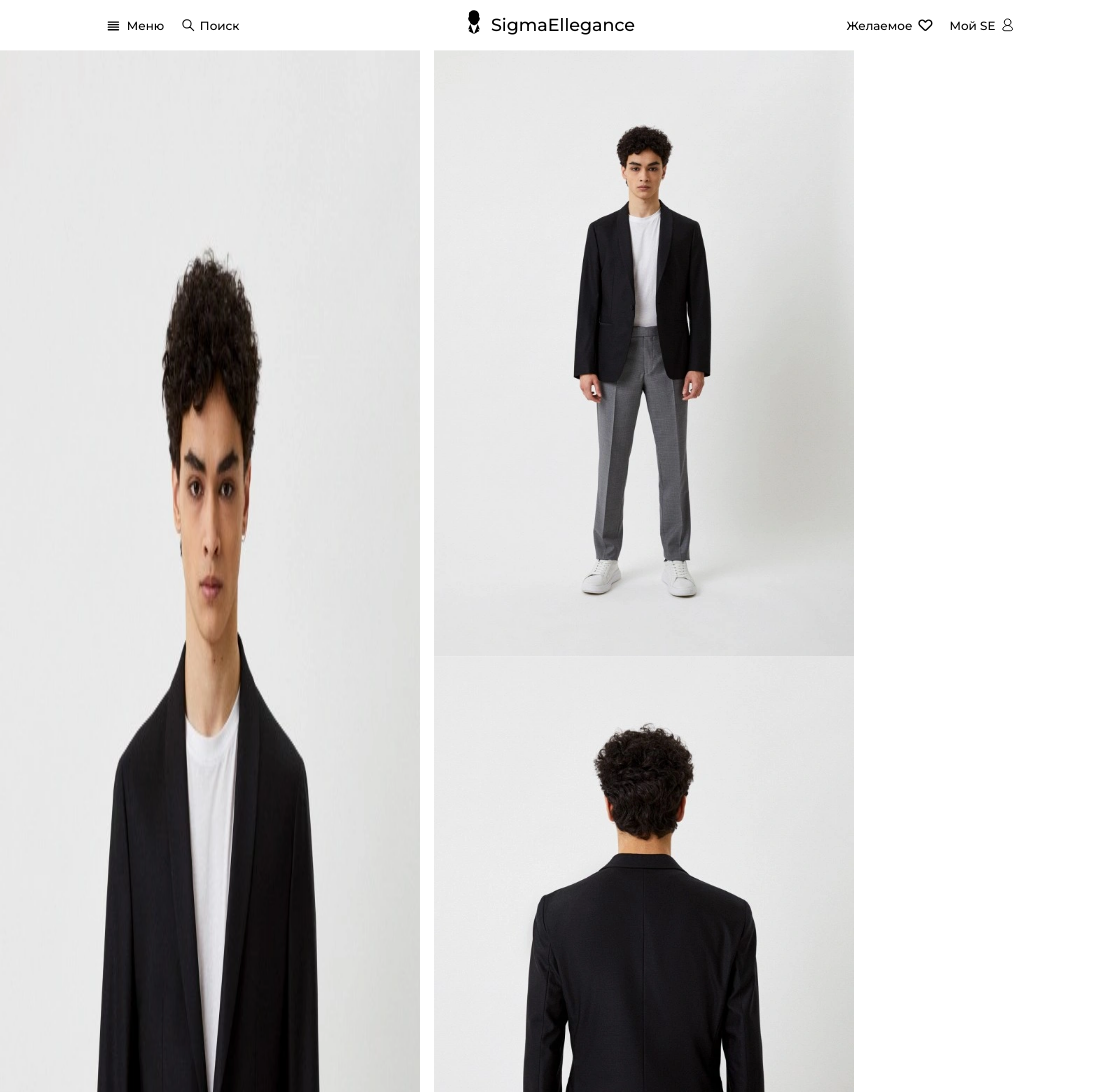
Repository: MaksimKrupkin/SigmaEllegance
Page: /opengoodspage
An editor plug-in stored every save of this project. The page is shown before and after the next save, followed by the edit.
The browser window is 1280 px wide. The page is 1600 px wide, so the pictures cover 1600 px, including what lies to the right of the window. The pictures show the part of the page from y = 0 to 1560 px (the page is 3217 px tall before and 3330 px after), at 70% of full size.
Some web fonts or font styles are not loaded; a fallback is used. The project was rebuilt for these pictures with package versions that can differ from the ones it lists, and the page was loaded fresh each time. Also part of the build but not shown: src/Components/SideBar/SideBar.module.css, src/Components/SideBar/SideBar.jsx, src/Pages/HomePage.module.css, src/Components/Slider/Slider.module.css, src/Components/SliderCard/SliderCard.module.css, src/Components/SliderCard/SliderCard.jsx, src/Components/Slider/Slider.jsx, src/Components/Styles/Styles.module.css and 12 more.

Above is the page before, as saved 2023-11-28 21:54:09.

### public/index.html
<!DOCTYPE html>
<html lang="en">
  <head>
    <meta charset="utf-8" />

    <meta name="viewport" content="width=device-width, initial-scale=1" />

    <link rel="preconnect" href="https://fonts.googleapis.com" />
    <link rel="preconnect" href="https://fonts.gstatic.com" crossorigin />
    <link
      href="https://fonts.googleapis.com/css2?family=Roboto:wght@400;500;700&display=swap"
      rel="stylesheet" />
    <link
      href="https://fonts.googleapis.com/css2?family=Montserrat:ital,wght@0,300;0,500;0,600;0,900;1,400;1,500&family=Roboto:wght@400;500;700&display=swap"
      rel="stylesheet" />
    <link rel="preconnect" href="https://fonts.googleapis.com" />
    <link rel="preconnect" href="https://fonts.gstatic.com" crossorigin />
    <link
      href="https://fonts.googleapis.com/css2?family=Montserrat:wght@300&family=Roboto:wght@400;500;700&display=swap"
      rel="stylesheet" />
    <link href="https://fonts.cdnfonts.com/css/montserrat" rel="stylesheet" />
    <title>SigmaEllegance</title>
  </head>
  <body>
    <div id="root"></div>
  </body>
</html>

### src/index.js
import React from 'react';
import ReactDOM from 'react-dom/client';
import App from './App';
import { BrowserRouter } from 'react-router-dom';
const root = ReactDOM.createRoot(document.getElementById('root'));
root.render(
  <React.StrictMode>
    <BrowserRouter>
      <App />
    </BrowserRouter>
  </React.StrictMode>,
);

### src/App.js
import Header from './Components/Header/Header';
import HomePage from './Pages/HomePage';
import styles from './App.module.css';
import GoodsPage from './Pages/GoodsPage/GoodsPage';
import OpenGoodPage from './Pages/OpenGoodPage/OpenGoodPage';
import Footer from './Components/Footer/Footer';
import { BrowserRouter, Route, Routes } from 'react-router-dom';

function App() {
  return (
    <div className={styles.container}>
      <Header />
      <Routes>
        <Route path="/" element={<HomePage />} />
        <Route path="/goodspage" element={<GoodsPage />} />
        <Route path="/opengoodspage" element={<OpenGoodPage />} />
      </Routes>

      <Footer />
    </div>
  );
}

export default App;

### src/Components/Header/Header.jsx
import React from 'react';
import { useState } from 'react';
import { Link } from 'react-router-dom';
import styles from './Header.module.css';
import logo from '../../assets/img/logo.svg';
import icon1 from '../../assets/img/Icon1.svg';
import icon2 from '../../assets/img/icon2.svg';
import icon3 from '../../assets/img/icon3.svg';
import icon4 from '../../assets/img/icon4.svg';
import SideBar from '../SideBar/SideBar';

function Header() {
  const [toggleMenu, setToggleMenu] = useState(false);
  const HandleToggle = () => {
    setToggleMenu(!toggleMenu);
  };
  console.log(toggleMenu);
  return (
    <header className={styles.header}>
      <div className={styles.left_part}>
        <div onClick={HandleToggle} className={styles.menu}>
          <img className={styles.icon1} src={icon1} alt="" />
          <p>Меню</p>
        </div>
        {toggleMenu && <SideBar HandleToggle={HandleToggle} />}

        <a className={styles.search}>
          <img className={styles.icon2} src={icon2} alt="" />
          <p>Поиск</p>
        </a>
      </div>
      <Link to="/" className={styles.logo_part}>
        <img className={styles.logo} src={logo} alt="" />
        <p>SigmaEllegance</p>
      </Link>
      <div className={styles.right_part}>
        <a className={styles.liked}>
          <p>Желаемое</p>
          <img className={styles.icon3} src={icon3} alt="" />
        </a>
        <a className={styles.purchases}>
          <p>Мой SE</p>
          <img className={styles.icon4} src={icon4} alt="" />
        </a>
      </div>
    </header>
  );
}

export default Header;

### src/App.module.css
body {
  font-family: 'Montserrat', sans-serif;
  display: block;
  margin: 0 auto;
  padding: 0;
  width: 100%;
  overflow-x: hidden;
}
.container {
  width: 1600px;
  display: block;
  margin: 0 auto;
  position: relative;
}

*,
*::before,
*::after {
  box-sizing: border-box;
}

/* Links */

a,
a:link,
a:visited {
  text-decoration: none;
}

a:hover {
  text-decoration: none;
}

/* Common */

aside,
nav,
footer,
header,
section,
main {
  display: block;
}

h1,
h2,
h3,
h4,
h5,
h6,
p {
  font-size: inherit;
  font-weight: inherit;
}

ul,
ul li {
  list-style: none;
}

img {
  vertical-align: top;
}

img,
svg {
  max-width: 100%;
  height: auto;
}

address {
  font-style: normal;
}

/* Form */

input,
textarea,
button,
select {
  font-family: inherit;
  font-size: inherit;
  color: inherit;
  background-color: transparent;
}

input::-ms-clear {
  display: none;
}

button,
input[type='submit'] {
  display: inline-block;
  box-shadow: none;
  background-color: transparent;
  background: none;
  cursor: pointer;
}

input:focus,
input:active,
button:focus,
button:active {
  outline: none;
}

button::-moz-focus-inner {
  padding: 0;
  border: 0;
}

label {
  cursor: pointer;
}

legend {
  display: block;
}

### src/Pages/OpenGoodPage/OpenGoodPage.jsx
import React from 'react';
import styles from './OpenGoodPage.module.css';
import image1 from '../../assets/img/pidjac-3.webp';
import image2 from '../../assets/img/pidjac-3-1.webp';
import image3 from '../../assets/img/pidjac-3-2.webp';
import image4 from '../../assets/img/pidjac-3-3.webp';

export default function OpenGoodPage() {
  return (
    <div className={styles.good_container}>
      <div className={styles.images_wrapper}>
        <div className={styles.images}>
          <img claclassNamess={styles.goods_image} src={image1} alt="" />
          <div className={styles.subimages}>
            <img className={styles.goods_subimage} src={image2} alt="" />
            <img className={styles.goods_subimage} src={image3} alt="" />
            <img className={styles.goods_subimage} src={image4} alt="" />
          </div>
        </div>
      </div>
      <div className={styles.information}>
        <div className={styles.type_about}>Пиджак</div>
        <span className={styles.price_about}>Цена: 900р.</span>
        <span className={styles.sizes}>Размеры: S, M, L</span>
        <span className={styles.color}>Цвет: Черный</span>
        <span className={styles.siluet}>Силуэт: Приталенный</span>
        <span className={styles.season}>Сезон: Деми</span>
        <span className={styles.sostav}>Состав: 80% шерсть</span>

        <a href="#" className={styles.tocarzina}>
          В корзину
        </a>
        <a href="#" className={styles.tobuy}>
          Купить
        </a>
      </div>
    </div>
  );
}

### src/Components/Footer/Footer.jsx
import React from 'react';
import icon1 from '../../assets/img/pint.svg';
import icon2 from '../../assets/img/TT.svg';
import icon3 from '../../assets/img/TG.svg';
import icon4 from '../../assets/img/IG.svg';
import icon5 from '../../assets/img/VK.svg';
import styles from './Footer.module.css';

export default function Footer() {
  return (
    <footer className={styles.footer}>
      <div className={styles.column_1}>
        <a className={styles.column_title}>О компании</a>
        <a className={styles.column_item}> Магазины</a>
        <a className={styles.column_item}>Контакты</a>
        <a className={styles.column_item}>О нас</a>
        <a className={styles.column_item}>Политика</a>
        <a className={styles.column_item}>Обратная связь</a>
      </div>
      <div className={styles.column_2}>
        <a className={styles.column_title}>Поддержка</a>
        <a className={styles.column_item}> Оплата товара</a>
        <a className={styles.column_item}>Бонусная программа</a>
        <a className={styles.column_item}>Где мой заказ?</a>
        <a className={styles.column_item}>Доставка товара</a>
        <a className={styles.column_item}>Обмен и возврат</a>
        <a className={styles.column_item}>Подарочный сертификат</a>
        <a className={styles.column_item}>Помощь портного</a>
      </div>
      <div className={styles.column_3}>
        <a className={styles.column_title}>Магазин</a>
        <a className={styles.column_item}> Коллекции</a>
        <a className={styles.column_item}>Смокинги</a>
        <a className={styles.column_item}>Пиджаки</a>
        <a className={styles.column_item}>Брюки & Штаны</a>
        <a className={styles.column_item}>Рубашки</a>
        <a className={styles.column_item}>Все товары</a>
      </div>
      <div className={styles.footer_form}>
        <div className={styles.footer_form_title}>Узнавайте первыми</div>
        <form action={styles.text}>
          <input className={styles.footer_form_email} type="text" placeholder="Ваш Email" />
        </form>
        <div className={styles.footer_button}>
          <div className={styles.footer_link}>Подписаться</div>
        </div>
        <div className={styles.policy}>
          Подписываясь на рассылку, вы соглашаетесь с условиями{' '}
          <a href="" className={styles.policy_link}>
            оферты
          </a>{' '}
          и <a className={styles.policy_link}>политики конфиденциальности</a>{' '}
        </div>
      </div>
      <div className={styles.footer_border}>
        <img src="/img/Border.svg" alt="" />
      </div>
      <div className={styles.sigma_corp}>© SigmaEllegance, 2023</div>
      <div className={styles.made_by}>made by @krupkinmaxim</div>
      <div className={styles.social_networks}>
        <img className={styles.pintrest} src={icon1} alt="" />
        <img className={styles.tik_tok} src={icon2} alt="" />
        <img className={styles.telegram} src={icon3} alt="" />
        <img className={styles.instagram} src={icon4} alt="" />
        <img className={styles.vk} src={icon5} alt="" />
      </div>
    </footer>
  );
}

### src/Components/Header/Header.module.css
.header {
  font-family: 'Montserrat', sans-serif;
  margin: 0 auto;
  width: 100%;
  height: 10vh;
  display: flex;
  justify-content: space-around;
  align-items: center;
}

.left_part {
  display: flex;
  justify-content: space-between;
  align-items: center;
  gap: 25px;
  color: #000;
  margin-bottom: -2px;

  font-family: Montserrat;
  font-size: 17px;
  font-style: normal;
  font-weight: 500;
  line-height: normal;
}
.menu {
  display: flex;
  justify-content: space-between;
  align-items: center;
  gap: 8px;
  cursor: pointer;
}
.menu:hover {
  color: rgb(80, 77, 77);
}
.icon1 {
  width: 22px;
  height: 22px;
  margin-bottom: 1px;
}
.search {
  display: flex;
  justify-content: space-between;
  align-items: center;
  gap: 8px;
  cursor: pointer;
}
.search:hover {
  color: rgb(80, 77, 77);
}
.icon2 {
  width: 18px;
  height: 18px;
  margin-bottom: 3px;
}

.logo_part {
  margin-bottom: 3px;
  display: flex;
  justify-content: space-between;
  align-items: center;

  color: #000;

  font-family: Montserrat;
  font-size: 25px;
  font-style: normal;
  font-weight: 400;
  line-height: normal;
  cursor: pointer;
}

.logo {
  width: 67.375px;
  height: 69.103px;
  flex-shrink: 0;
  margin-right: -10px;
}
.right_part {
  margin-bottom: -2px;
  display: flex;
  justify-content: space-between;
  align-items: center;
  gap: 23px;
  font-family: Montserrat;
  font-size: 17px;
  font-style: normal;
  font-weight: 500;
  line-height: normal;
}

.liked {
  display: flex;
  justify-content: space-between;
  align-items: center;
  gap: 8px;
  cursor: pointer;
}
.liked:hover {
  color: rgb(80, 77, 77);
}
.icon3 {
  width: 22px;
  height: 22px;
  margin-bottom: 3px;
}

.purchases {
  display: flex;
  justify-content: space-between;
  align-items: center;
  gap: 8px;
  cursor: pointer;
}
.purchases:hover {
  color: rgb(80, 77, 77);
}

.icon4 {
  width: 19px;
  height: 19px;
  margin-bottom: 3px;
}

### src/Pages/OpenGoodPage/OpenGoodPage.module.css
.pidjaci_title {
  text-align: center;
  margin-top: 20px;
  font-size: 40px;
  text-transform: uppercase;
}

.goods-page-main {
  margin-top: 50px;
  margin-left: 150px;
  margin-right: 150px;
  margin-bottom: 50px;
  height: 575px;
}

.goods-image {
  width: 400px;
}
.type {
  color: #000000;
}
.goods-image {
  width: 350px;
  border-radius: 7px;
}
.goods-subimage {
  width: 110px;
  border-radius: 5px;
}

.subimages {
  display: flex;
  flex-direction: column;
  justify-content: space-between;
}
.images {
  display: flex;
  gap: 20px;
}

.images-wrapper {
  display: inline-block;
}
.information {
  margin-top: -20px;
  position: absolute;
  left: 900px;
  display: inline-block;
}
.type-about {
  font-size: 42px;
  margin-top: 10px;
  margin-left: 50px;
  margin-bottom: 30px;
  position: relative;
}
.price-about {
  margin-top: 20px;
  margin-left: 0;
  display: block;
  font-weight: 500;
  font-size: 25px;
}
.sizes {
  margin-top: 20px;
  margin-left: 0;
  display: block;
  font-weight: 500;
  font-size: 20px;
}
.sostav {
  margin-top: 20px;
  margin-left: 0;
  display: block;
  font-weight: 500;
  font-size: 20px;
}
.color {
  margin-top: 20px;
  margin-left: 0;
  display: block;
  font-weight: 500;
  font-size: 20px;
}
.season {
  margin-top: 20px;
  margin-left: 0;
  display: block;
  font-weight: 500;
  font-size: 20px;
}
.tocarzina {
  margin-top: 70px;
  margin-right: 30px;
  text-align: center;
  display: inline-block;
  height: 50px;
  line-height: 50px;
  width: 180px;
  font-size: 20px;
  text-decoration: none;
  color: white;
  background-color: #000000;
  transition: all 0.2s ease;
}
.tocarzina:hover,
.tobuy:hover {
  color: rgb(0, 0, 0);
  background-color: #dfcabb;
}
.tobuy {
  margin-top: 70px;
  display: inline-block;
  height: 50px;
  line-height: 50px;
  width: 150px;
  font-size: 20px;
  text-decoration: none;
  color: white;
  background-color: #000000;
  padding-left: 20px;
  padding-right: 20px;
  text-align: center;
  transition: all 0.2s ease;
}
.siluet {
  margin-top: 20px;
  margin-left: 0;
  display: block;
  font-weight: 500;
  font-size: 20px;
}

.card-black-link {
  color: #000000;
}

### src/Components/Footer/Footer.module.css
.footer {
  background-color: #eff1f3;
  width: 1600px;
  height: 547px;
  position: relative;
}
a {
  display: block;
}

.column_1 {
  position: absolute;
  top: 45px;
  left: 155px;
}

.column_2 {
  position: absolute;
  top: 45px;
  left: 455px;
}

.column_3 {
  position: absolute;
  top: 45px;
  left: 855px;
}
.column_title {
  font-style: normal;
  font-weight: 600;
  font-size: 17px;
  line-height: 21px;
  text-transform: uppercase;
  color: #000000;
  margin-bottom: 25px;
}

.column_item {
  font-family: 'Montserrat';
  font-style: normal;
  font-weight: 400;
  font-size: 17px;
  line-height: 21px;
  color: #000000;
  margin-bottom: 20px;
  cursor: pointer;
}

.footer_form {
  position: absolute;
  top: 45px;
  left: 1155px;
}

.footer_form_title {
  font-style: normal;
  font-weight: 600;
  font-size: 17px;
  line-height: 21px;
  text-transform: uppercase;
  color: #000000;
  margin-bottom: 25px;
}
.footer {
  opacity: 1;
}
.footer_form_email {
  width: 235px;
  height: 45px;
  background-color: white;
  border: none;
  border-radius: 5px;
  font-style: normal;
  font-weight: 400;
  font-size: 14px;
  line-height: 17px;
  padding-left: 20px;
  color: rgba(0, 0, 0, 0.4);
}
.footer_form_email:focus {
  border: 2px solid black;
}

.footer_button {
  margin-top: 20px;
  margin-bottom: 20px;
  width: 255px;
  background-color: #000000;
  border-radius: 5px;
  text-align: center;
  font-style: normal;
  font-weight: 600;
  font-size: 14px;
  line-height: 45px;
  color: #ffffff;
  cursor: pointer;
}
.footer_link {
  color: #ffffff;
}

.policy {
  width: 254px;
  font-style: normal;
  font-weight: 400;
  font-size: 13px;
  line-height: 15px;
  color: #000000;
}
.policy_link {
  font-style: normal;
  font-weight: 400;
  font-size: 12px;
  line-height: 15px;
  color: #00bfed;
}

.footer_border {
  position: absolute;
  bottom: 120px;
}

.sigma_corp {
  position: absolute;
  left: 155px;
  bottom: 45px;

  font-weight: 500;
}

.made_by {
  position: absolute;
  left: 650px;
  bottom: 45px;
  font-weight: 500;
}

.social_networks {
  position: absolute;
  left: 1180px;
  bottom: 35px;
}
.pintrest {
  width: 30px;
  height: 30px;
  margin-right: 10px;
  transition: all 0.1s ease-in;
  cursor: pointer;
}
.pintrest:hover {
  width: 35px;
  height: 35px;
  transform: translateY(-3px);
}
.tik_tok {
  width: 30px;
  height: 30px;
  margin-right: 10px;
  transition: all 0.1s ease-in;
  cursor: pointer;
}
.tik_tok:hover {
  width: 35px;
  height: 35px;
  transform: translateY(-3px);
}
.telegram {
  width: 30px;
  height: 30px;
  margin-right: 10px;
  transition: all 0.1s ease-in;
  cursor: pointer;
}
.telegram:hover {
  width: 35px;
  height: 35px;
  transform: translateY(-3px);
}
.instagram {
  width: 30px;
  height: 30px;
  margin-right: 10px;
  transition: all 0.1s ease-in;
  cursor: pointer;
}
.instagram:hover {
  width: 35px;
  height: 35px;
  transform: translateY(-3px);
}
.vk {
  width: 30px;
  height: 30px;
  margin-right: 10px;
  transition: all 0.1s ease-in;
  cursor: pointer;
}
.vk:hover {
  width: 35px;
  height: 35px;
  transform: translateY(-3px);
}

After the next save:
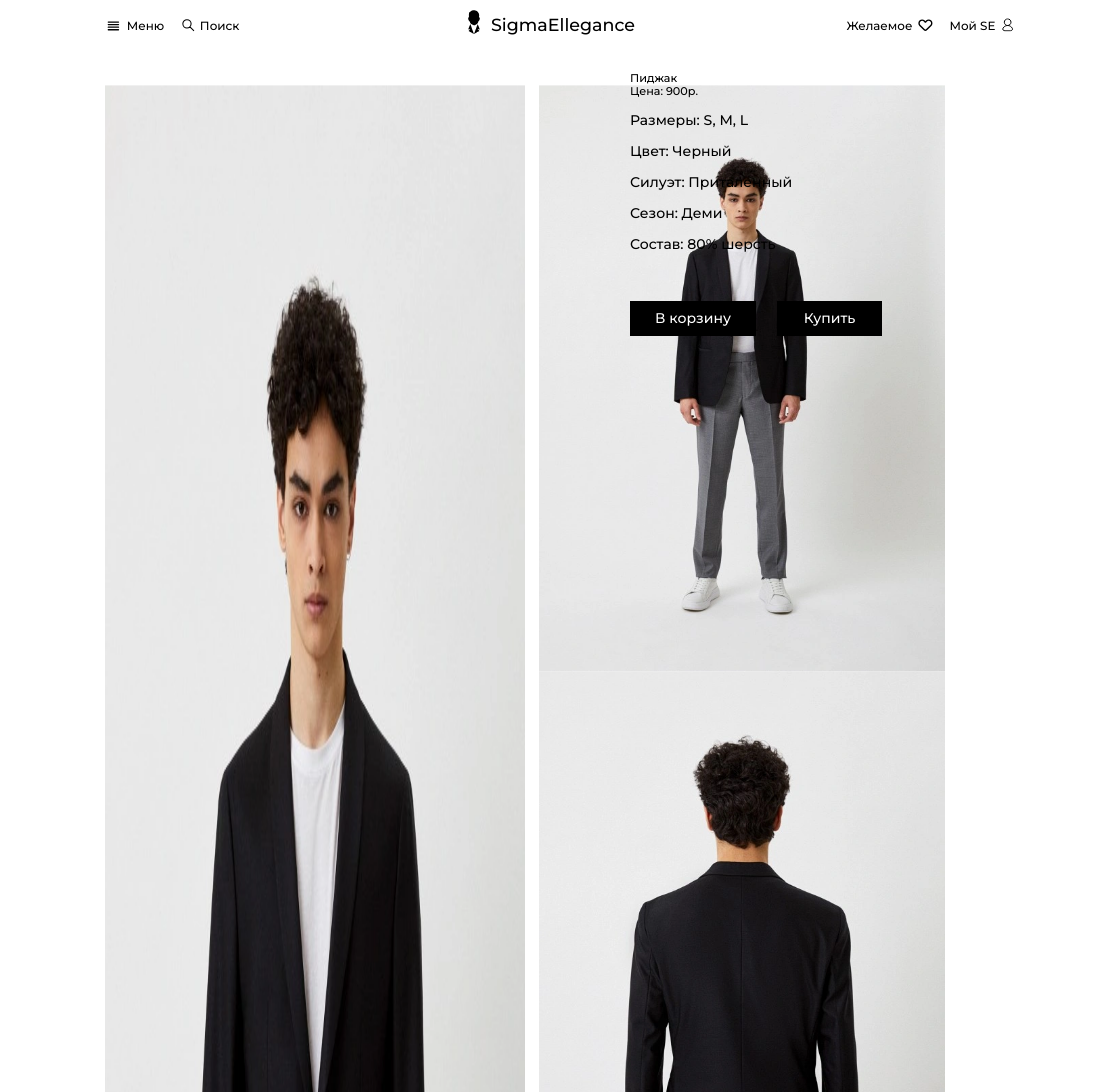
Saved 58 s later.
--- a/src/Pages/OpenGoodPage/OpenGoodPage.module.css
+++ b/src/Pages/OpenGoodPage/OpenGoodPage.module.css
@@ -4,7 +4,17 @@
   font-size: 40px;
   text-transform: uppercase;
 }
-
+.good_container {
+  width: 1200px;
+  margin: 150px;
+  margin-right: 140px;
+  margin-top: 50px;
+  border-color: #00bfed;
+  display: flex;
+  justify-content: space-between;
+  gap: 30px;
+  flex-wrap: wrap;
+}
 .goods-page-main {
   margin-top: 50px;
   margin-left: 150px;

After the save that followed:
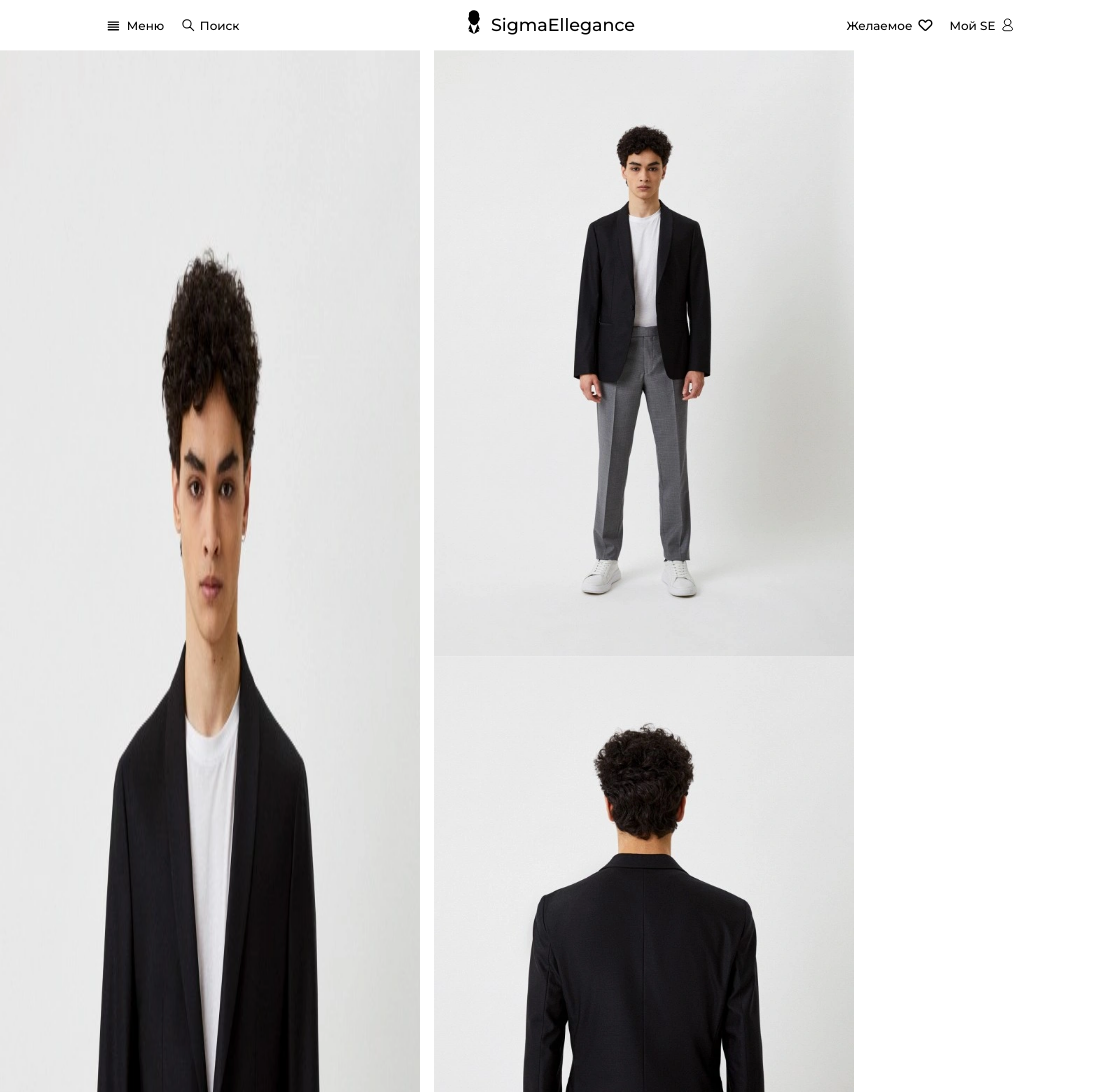
Saved 10 s later.
--- a/src/Pages/OpenGoodPage/OpenGoodPage.module.css
+++ b/src/Pages/OpenGoodPage/OpenGoodPage.module.css
@@ -4,17 +4,7 @@
   font-size: 40px;
   text-transform: uppercase;
 }
-.good_container {
-  width: 1200px;
-  margin: 150px;
-  margin-right: 140px;
-  margin-top: 50px;
-  border-color: #00bfed;
-  display: flex;
-  justify-content: space-between;
-  gap: 30px;
-  flex-wrap: wrap;
-}
+
 .goods-page-main {
   margin-top: 50px;
   margin-left: 150px;
